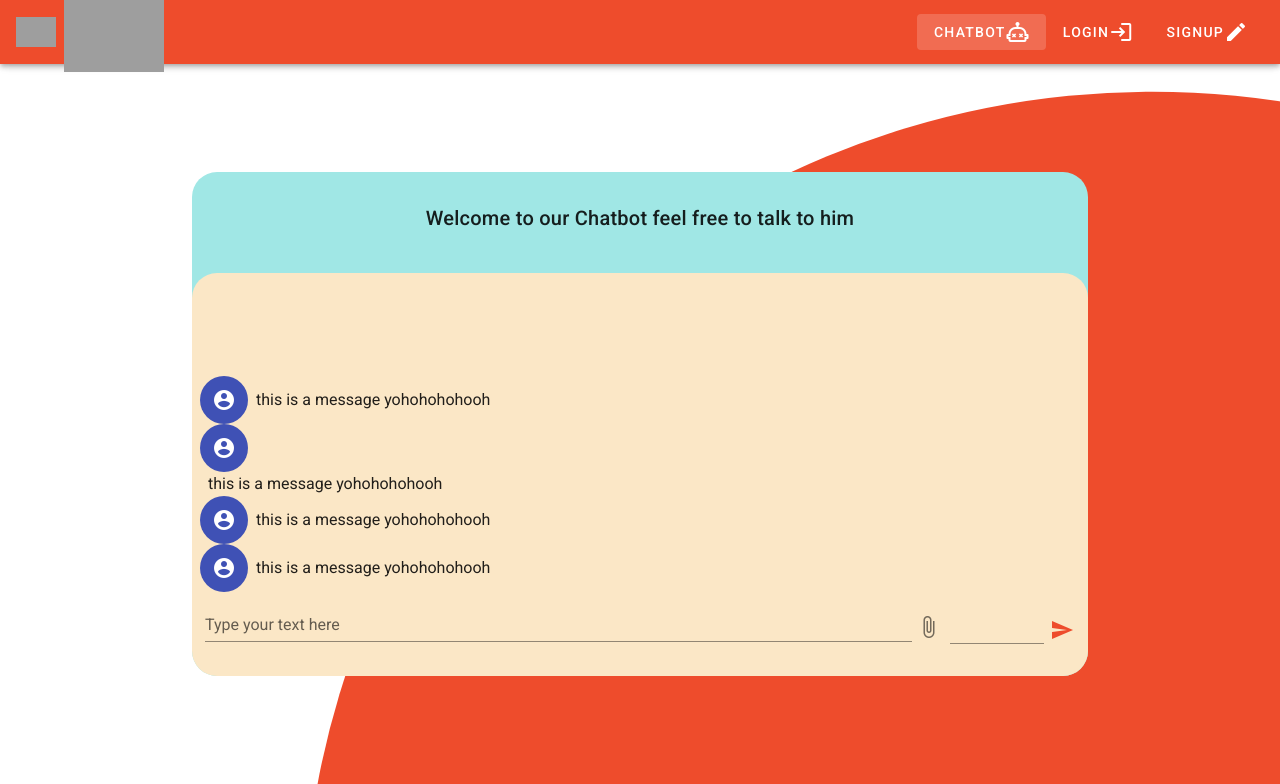
Repository: atout811/pyTorch-Hackathon
Page: /chatbot (app in frontend/)
An editor plug-in stored every save of this project. The page is shown before and after the next save, followed by the edit.
The browser window is 1280 px wide. The pictures show the whole page.
Pictures or frames that could not be fetched are drawn as grey boxes. The project was rebuilt for these pictures with package versions that can differ from the ones it lists, and the page was loaded fresh each time. Also part of the build but not shown: frontend/vue.config.js, frontend/src/views/Home.vue.

Above is the page before, as saved 2021-10-21 15:27:56.

After the next save:
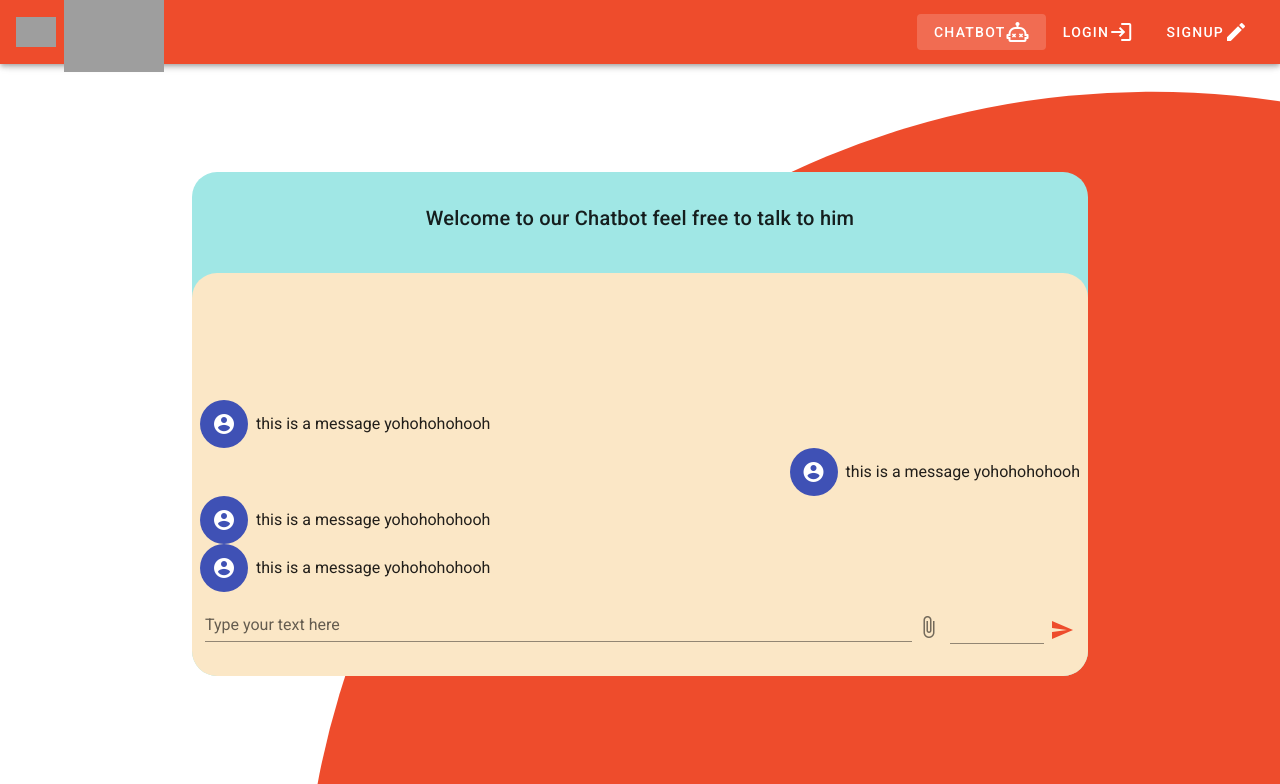
Saved 44 s later.
--- a/frontend/src/views/Chatbot.vue
+++ b/frontend/src/views/Chatbot.vue
@@ -86,6 +86,11 @@ export default {
   display: flex;
   align-items: center;
 }
+.user {
+  display: flex;
+  align-items: center;
+  justify-content: flex-end;
+}
 .messg {
   margin-left: 8px;
 }
